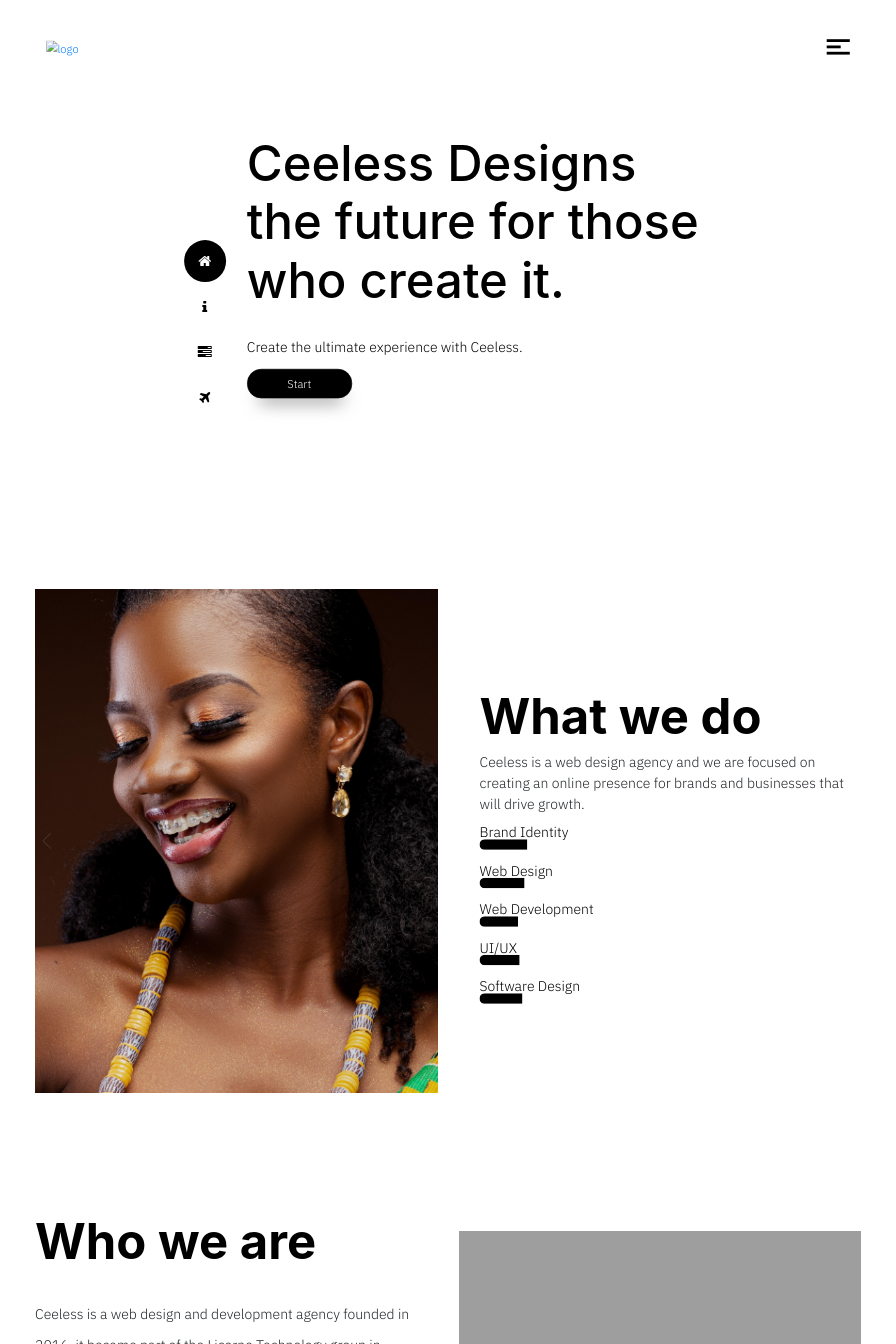
Repository: Licorne-Technologies/Ceeless-v2
Page: index.html
These files come from the project's save history. The page is drawn as it stood at one moment and after the next save; the edit follows.
The browser window is 1280 px wide. The pictures show the part of the page from y = 0 to 1920 px (the page is 3037 px tall), at 70% of full size.
Pictures or frames that could not be fetched are drawn as grey boxes. Some web libraries are served in a nearby version. The style sheet was rebuilt from its Sass, Less or Tailwind sources for each picture, by a compiler version that may differ from the author's.

Above is the page before, as saved 2020-06-15 13:51:44.

After the next save:
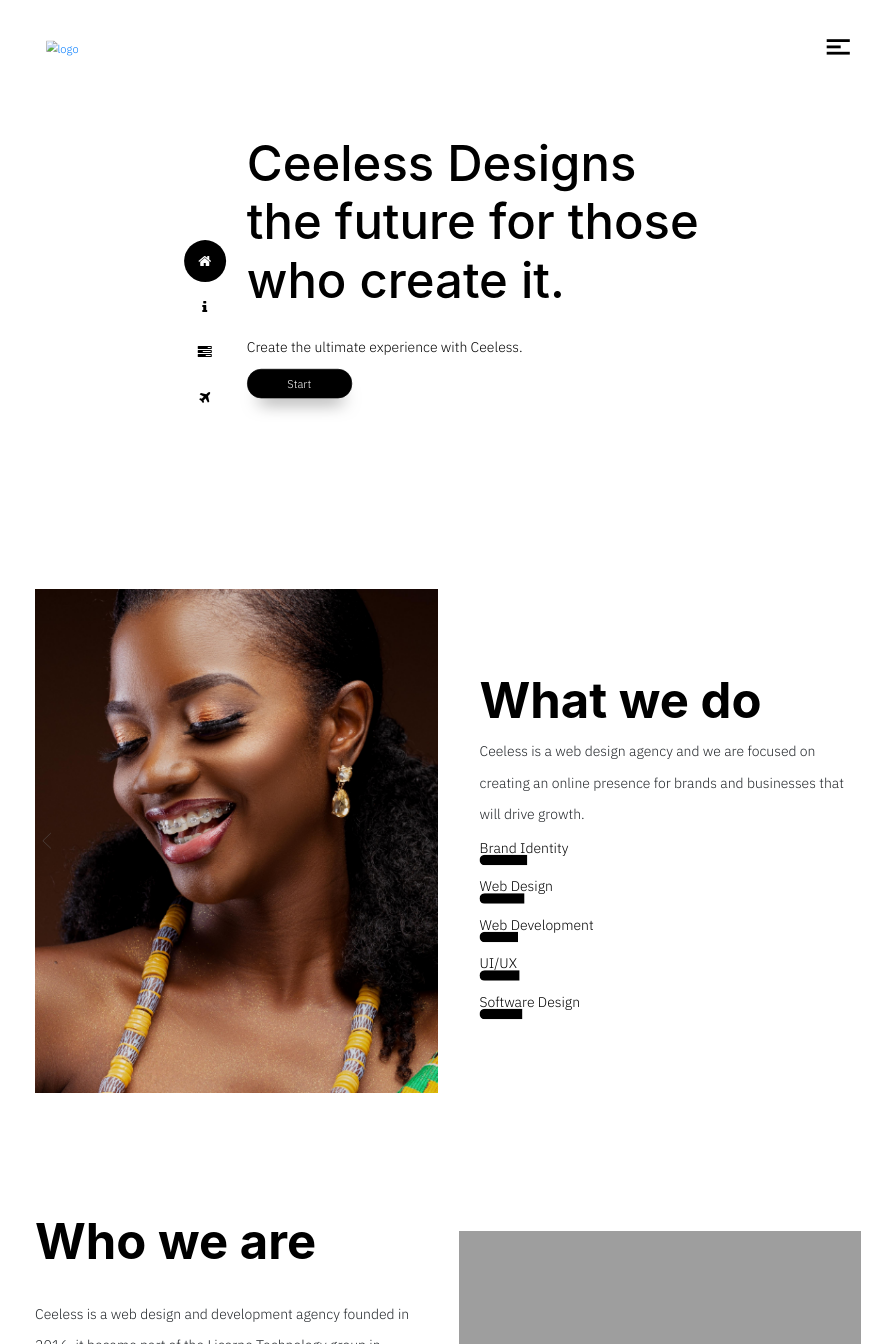
Saved 75 s later.
--- a/css/whatWeDo.scss
+++ b/css/whatWeDo.scss
@@ -13,6 +13,8 @@
     }
     p{
         font-size: $fontText;
+        line-height: $fontSmall;
+        font-weight: $fontLight;
     }
     .progressList {
         li{
